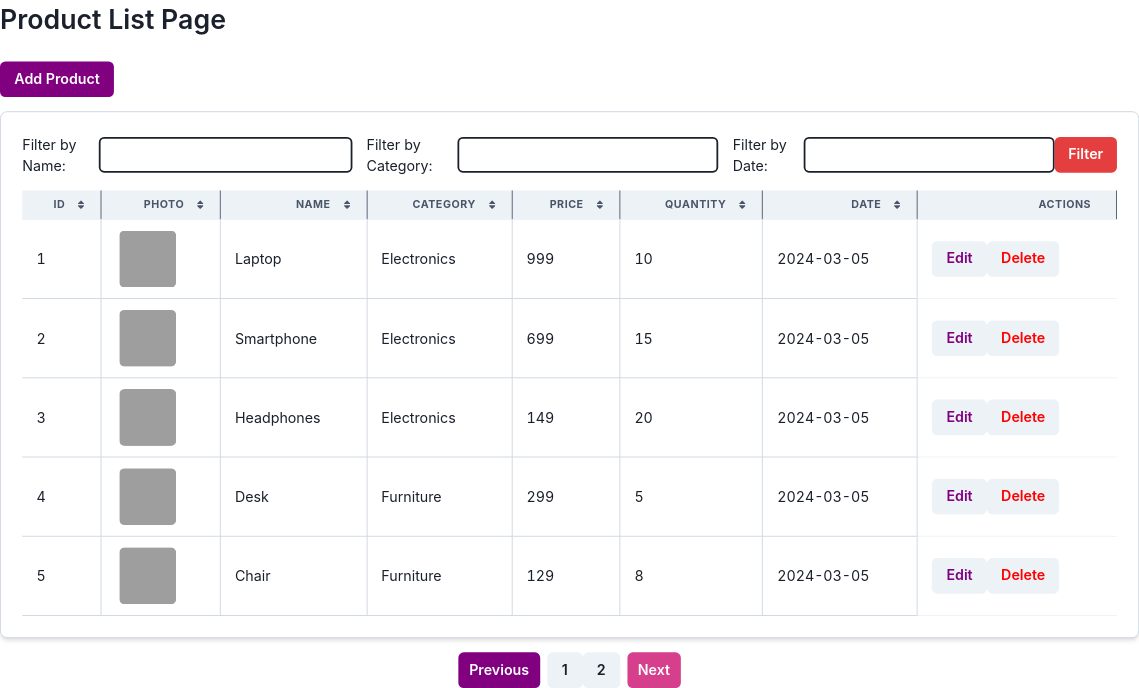
Repository: Andarg01/chakra-dashboard
Page: /
The author's editor kept a copy of each file at every save. The page is drawn from the files as they stood at one save, then again after the next save.
The browser window is 1280 px wide. The pictures show the whole page, at 89% of full size.
Pictures or frames that could not be fetched are drawn as grey boxes. The project was rebuilt for these pictures with package versions that can differ from the ones it lists, and the page was loaded fresh each time. Also part of the build but not shown: src/ProductModal.tsx.

Above is the page before, as saved 2024-03-06 04:56:49.

After the next save:
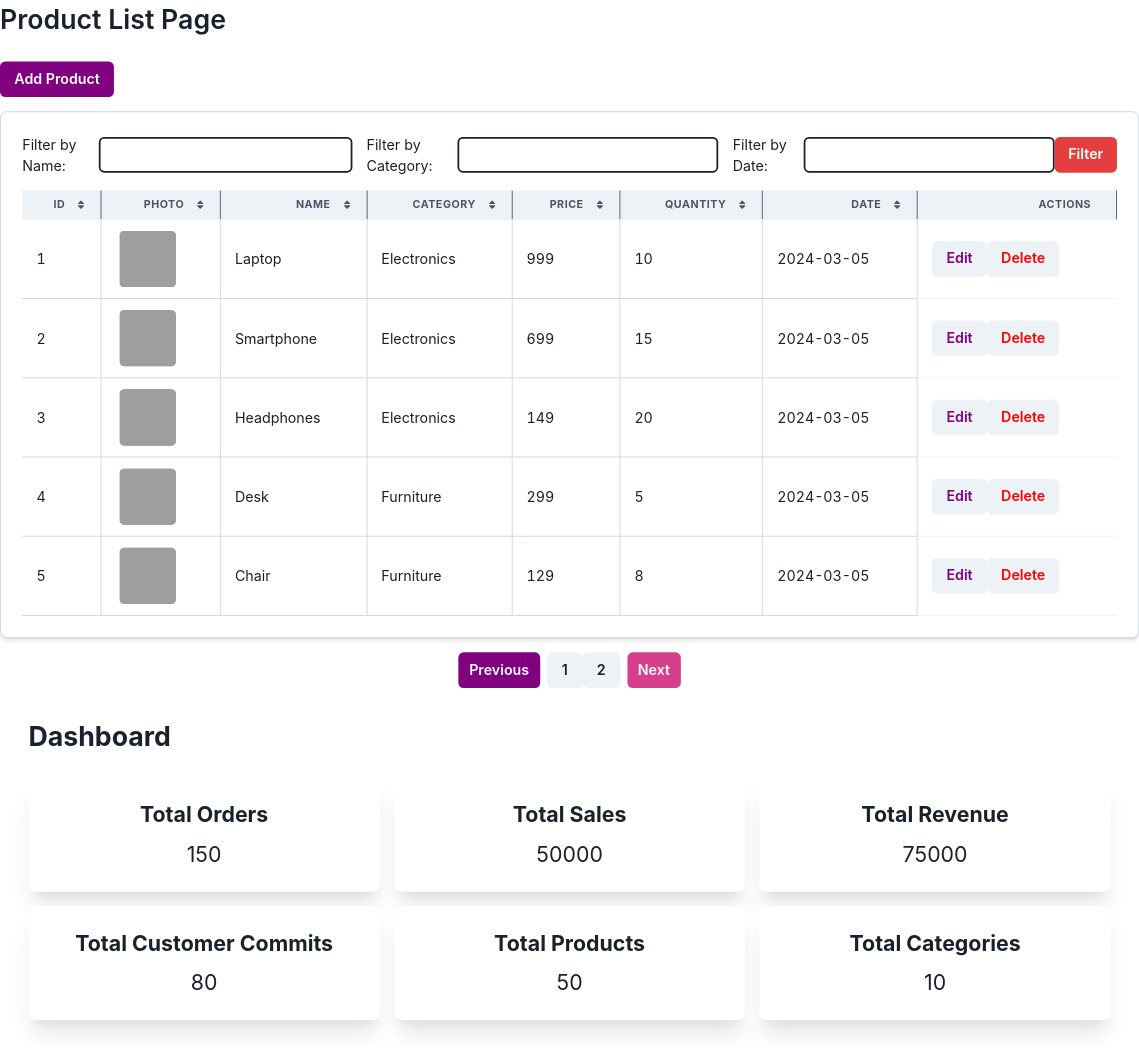
Saved 33 s later.
--- a/src/App.tsx
+++ b/src/App.tsx
@@ -1,10 +1,12 @@
 import React from 'react'
 import ProductList from './ProductList'
+import Dashboard from './components/Dashboard'
 
 const App = () => {
   return (
     <div>
       <ProductList/>
+      <Dashboard/>
     </div>
   )
 }
